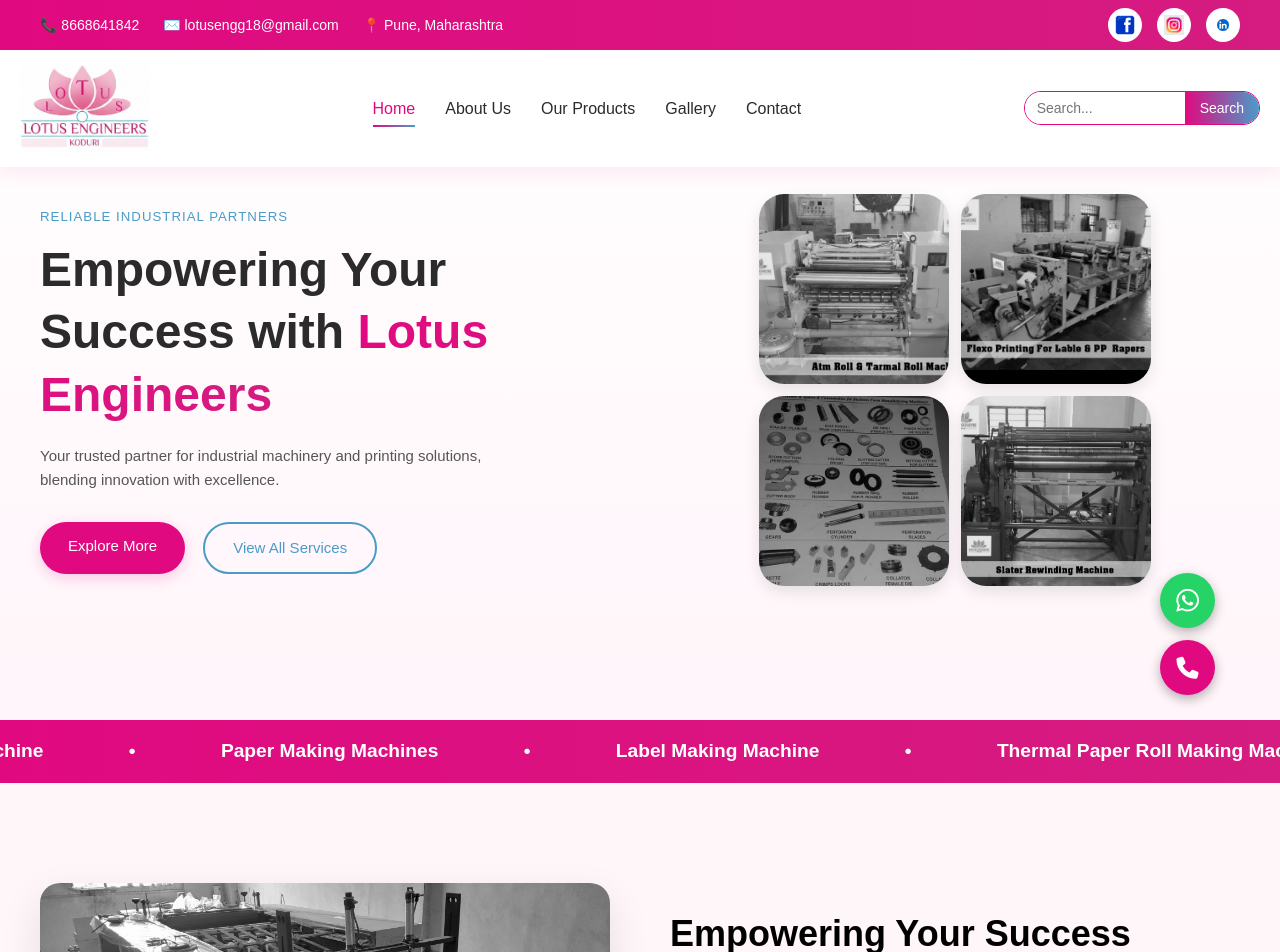
Repository: Khushichugh14/lotus-engineers
Page: index.html
An editor plug-in stored every save of this project. The page is shown before and after the next save, followed by the edit.
The browser window is 1280 px wide. The pictures show the part of the page from y = 0 to 952 px (the page is 4356 px tall).
A picture or video elsewhere on the page could not be fetched, so the positions and the page height are approximate.

Above is the page before, as saved 2025-12-24 11:33:49.

### index.html
<!DOCTYPE html>
<html lang="en">
<head>
  <meta charset="UTF-8" />
  <meta name="viewport" content="width=device-width, initial-scale=1.0" />
  <title>Lotus Engineers</title>
  <link rel="stylesheet" href="style.css" />
  <script src="script.js" defer></script>
  <!-- Font Awesome Icons -->
<link rel="stylesheet" href="navbar.css" />
<script src="navbar.js" defer></script>
  <link rel="stylesheet" href="footer.css" />
  <link
  rel="stylesheet"
  href="https://cdnjs.cloudflare.com/ajax/libs/font-awesome/6.5.1/css/all.min.css"
/>


</head>
<body>




  <!-- ===== Hero Section ===== -->
  <section id="home" class="hero">
    <div class="hero-container">
      <!-- Left Content -->
      <div class="hero-left">
        <h5>Reliable Industrial Partners</h5>
        <h1>Empowering Your Success with <span>Lotus Engineers</span></h1>
        <p>
          Your trusted partner for industrial machinery and printing solutions,
          blending innovation with excellence.
        </p>
        <div class="hero-buttons">
          <a href="#products" class="btn primary">Explore More</a>
          <a href="#about" class="btn secondary">View All Services</a>
        </div>
      </div>

      <!-- Right Image Grid -->
      <div class="hero-right">
        <div class="image-grid">
          <img src="images/atm-1.jpeg.jpg" alt="">
              <img src="images/flexo-label-printing-machine (1).jpg" alt="">
         <img src="images/WhatsApp Image 2025-11-14 at 11.52.01_70df9b95.jpg" alt="">
          <img src="images/slater-.jpeg.jpg" alt="">
        </div>

      </div>
    </div>
  </section>


<section class="product-strip">
  <div class="scrolling-wrapper">
    <div class="scrolling-content">
      <span>Cutting Machine</span>
      <span>•</span>
      <span>Printing Machine</span>
      <span>•</span>
      <span>Paper Making Machines</span>
      <span>•</span>
      <span>Label Making Machine</span>
      <span>•</span>
      <span>Thermal Paper Roll Making Machine</span>
      <span>•</span>
      <span>Flexographic Printing Machine</span>
      <span>•</span>
      <span>Slitter Rewinder Machine</span>
      <span>•</span>
      <span>Die Cutting Machine</span>
      <span>•</span>
      <span>Sheet Cutting Machine</span>
      <span>•</span>
      <span>Packaging Label Machine</span>
      <span>•</span>
      <span>Automatic Labeling Machine</span>
      <span>•</span>
      <span>Paper Cutting Machine</span>
      <span>•</span>
    </div>
  </div>
</section>

  <!-- ===== About Us Section ===== -->
<section id="about" class="about">
  <div class="about-container">
    <!-- LEFT SIDE IMAGES -->
    <div class="about-left">
      <div class="img-top">
        <img src="images/product-jpeg (1).jpg"alt="Team Discussion" />
      </div>
      <div class="img-bottom">
        <img src="images/rotary-die-cutting-machine.jpg" alt="Business Meeting" />
      </div>
    </div>

    <!-- RIGHT SIDE CONTENT -->
    <div class="about-right">
      <h2>Empowering Your Success<br /><span>with Digital Expertise</span></h2>
      <p>
        Established in <strong>2017</strong>, <strong>Lotus Engineers</strong> is a trusted manufacturer and supplier of
        <strong>A4 Size Copier Paper</strong>, <strong>Paper Cutting Machines</strong>, and
        <strong>Thermal Paper Rolls</strong>. Based in Pune, Maharashtra, we focus on
        innovation, quality, and long-term customer partnerships to deliver excellence in
        every product.
      </p>

      <div class="progress-section">
        <div class="progress-item">
          <div class="label">
            <strong>Manufacturing Excellence</strong> <span>85%</span>
          </div>
          <div class="progress-bar">
            <div class="progress" style="width: 85%"></div>
          </div>
        </div>

        <div class="progress-item">
          <div class="label">
            <strong>Innovation & Quality</strong> <span>90%</span>
          </div>
          <div class="progress-bar">
            <div class="progress" style="width: 90%"></div>
          </div>
        </div>

        <div class="progress-item">
          <div class="label">
            <strong>Customer Satisfaction</strong> <span>95%</span>
          </div>
          <div class="progress-bar">
            <div class="progress" style="width: 95%"></div>
          </div>
        </div>
      </div>
      <a href="#about-us" class="btn-about">About Us →</a>
    </div>
  </div>
</section>

  <!-- ===== Why Choose Us Section ===== -->
  <section id="why-us" class="why-choose-us">
    <div class="wcu-container">
      <div class="wcu-left">
        <div class="finix-text">
          <h6>Transparent process</h6>
          <h2>Why people choose us</h2>
          <p>We follow a clear end‑to‑end process: consult, design, manufacture, install, and support. Timelines are shared upfront, quality is documented, and communication stays transparent at every step.</p>
          <div class="wcu-media">
            <img src="https://raw.githubusercontent.com/farazc60/Project-Images/main/why_choose_us.png" alt="Why choose us image">
          </div>
        </div>
      </div>
      <div class="wcu-right">
        <div class="wcu-features">
          <div class="feature-box">
            <div class="feature-box-content">
              <div class="fbc-btn"><span>✓</span></div>
              <h3>Quality Assurance</h3>
              <p>ISO-aligned checks, component testing, and trial runs ensure dependable performance.</p>
            </div>
          </div>
          <div class="feature-box">
            <div class="feature-box-content">
              <div class="fbc-btn"><span>⏱</span></div>
              <h3>On-time Delivery</h3>
              <p>Committed schedules backed by planned production and reliable logistics.</p>
            </div>
          </div>
          <div class="feature-box">
            <div class="feature-box-content">
              <div class="fbc-btn"><span>🛠</span></div>
              <h3>PAN‑India Service</h3>
              <p>Installation, training, and responsive after‑sales support across India.</p>
            </div>
          </div>
          <div class="feature-box active-feature">
            <div class="feature-box-content">
              <div class="fbc-btn"><span>₹</span></div>
              <h3>Transparent Pricing</h3>
              <p>Fair quotations with no hidden costs and clear total‑cost ownership.</p>
            </div>
          </div>
        </div>
      </div>
    </div>
  </section>

  <!-- ===== Products Section ===== -->
  <section id="products" class="products">
    <div class="products-head">
      <h2>Our Products</h2>
      <p>Precision-built machinery for modern manufacturing.</p>
    </div>
    <div class="product-grid premium">
      <div class="product-card glass">
        <div class="pc-img">
          <img src="images/rotary-die-cutting-machine.jpg" alt="Rotary Die Cutting Machine" />
          <span class="pc-tag">Cutting</span>
        </div>
        <div class="pc-body">
          <h3>Rotary Die Cutting</h3>
          <p>High precision, robust build, efficient throughput.</p>
        </div>
      </div>
      <div class="product-card glass">
        <div class="pc-img">
          <img src="images/paper-cutting-machine.jpeg.jpg" alt="Paper Sheet Cutting Machine" />
          <span class="pc-tag">Cutting</span>
        </div>
        <div class="pc-body">
          <h3>Paper Sheet Cutting</h3>
          <p>Reliable, fast, and safety compliant for industry.</p>
        </div>
      </div>
      <div class="product-card glass">
        <div class="pc-img">
          <img src="images/paper-slitting-machine-250x250.webp" alt="Paper Slitting Machine" />
          <span class="pc-tag">Slitting</span>
        </div>
        <div class="pc-body">
          <h3>Paper Slitting</h3>
          <p>Precision slitting with low maintenance design.</p>
        </div>
      </div>
      <div class="product-card glass">
        <div class="pc-img">
          <img src="images/flexo-label-printing-machine.jpg" alt="Flexographic Printing Machine" />
          <span class="pc-tag">Printing</span>
        </div>
        <div class="pc-body">
          <h3>Flexographic Printing</h3>
          <p>High-speed printing with consistent quality output.</p>
        </div>
      </div>
    </div>
    <div class="products-foot">
      <a href="products.html" class="btn primary">View All Products</a>
    </div>


  </section>








  <!-- ===== Testimonials Section ===== -->
  <section id="testimonials" class="testimonials">
    <h2>What Our Clients Say</h2>

    <div class="testimonial-box">

      <!-- Testimonial 1 -->
      <div class="info t1">
        <p>"Lotus Engineers provided excellent quality and timely service. Highly recommended!
          Lotus Engineers provided excellent quality and timely service. Highly recommended! "</p>
        <h4>— Ramesh Industries</h4>
        <div class="bottom-line"></div>
      </div>

      <!-- Testimonial 2 -->
      <div class="info t2">
        <p>"Their machines are durable and efficient. We’ve been long-term customers."</p>
        <h4>— Global Print Solutions</h4>
        <div class="bottom-line"></div>
      </div>

      <!-- Testimonial 3 -->
      <div class="info t3">
        <p>"Exceptional customer service and reliable machinery!"</p>
        <h4>— Sai Packaging Pvt. Ltd.</h4>
        <div class="bottom-line"></div>
      </div>

    </div>
  </section>




  <!-- Footer removed. Loaded dynamically from footer.html via navbar.js -->

<!-- ==========================
     Floating WhatsApp & Call Buttons
========================== -->
<section id="floating-buttons" style="
  position: fixed;
  bottom: 25px;
  right: 25px;
  display: flex;
  flex-direction: column;
  gap: 12px;
  z-index: 9999;
">

  <!-- WhatsApp -->
  <a href="https://wa.me/7720060073" target="_blank"
     style="
      background:#25D366;
      width:55px;
      height:55px;
      border-radius:50%;
      display:flex;
      align-items:center;
      justify-content:center;
      box-shadow:0 4px 12px rgba(0,0,0,.3);
      color:white;
      font-size:26px;
     "
     title="Chat on WhatsApp">
    <i class="fa-brands fa-whatsapp"></i>
  </a>

  <!-- Call -->
  <a href="tel:9850110532"
     style="
      background:#e10980;
      width:55px;
      height:55px;
      border-radius:50%;
      display:flex;
      align-items:center;
      justify-content:center;
      box-shadow:0 4px 12px rgba(0,0,0,.3);
      color:white;
      font-size:22px;
     "
     title="Call Now">
    <i class="fa-solid fa-phone"></i>
  </a>

</section>



</body>
</html>

### navbar.css
/* ===== TOP BAR RESPONSIVE ===== */
@media (max-width: 768px) {
  .top-bar {
    flex-direction: column;
    gap: 6px;
    padding: 8px 16px;
    font-size: 12px;
    text-align: center;
  }

  .contact-info span {
    margin-right: 8px;
    display: inline-block;
  }
}

/* ===== NAVBAR ===== */
@media (max-width: 1024px) {
  .search-box {
    display: none;
  }
}

@media (max-width: 768px) {
  .nav-container {
    padding: 12px 16px;
  }

  .logo img {
    width: 110px;
  }

  .nav-links {
    right: 16px;
    width: 220px;
  }
}

/* ========================== TOP BAR ========================== */
.top-bar {
  background: linear-gradient(90deg, #e10980, #d51c80);
  color: #fff;
  display: flex;
  justify-content: space-between;
  align-items: center;
  padding: 8px 40px;
  font-size: 14px;
}

.contact-info span {
  margin-right: 20px;
  display: inline-flex;
  align-items: center;
}

/* ========================== SOCIAL ICONS ========================== */
.social-icons {
  display: flex;
  align-items: center;
  gap: 15px;
}

.social-icons a {
  display: inline-flex;
  align-items: center;
  justify-content: center;
  width: 34px;
  height: 34px;
  border-radius: 50%;
  background: #fff;
  overflow: hidden;
  transition: transform 0.3s ease, box-shadow 0.3s ease;
}

.social-icons a:hover {
  transform: translateY(-3px);
  box-shadow: 0 4px 10px rgba(225, 9, 128, 0.3);
}

.social-icons img {
  width: 20px;
  height: 20px;
  object-fit: contain;
  transition: transform 0.3s ease;
}
.social-icons a:hover img {
  transform: scale(1.08);
}

/* ========================== NAVBAR ========================== */
.navbar {
  position: fixed;
  top: 0;
  width: 100%;
  background: rgba(255, 255, 255, 0.95);
  backdrop-filter: blur(10px);
  z-index: 999;
  box-shadow: 0 4px 20px rgba(225, 9, 128, 0.1);
  transition: all 0.3s ease;
}

.nav-container {
  display: flex;
  align-items: center;
  justify-content: space-between;
  padding: 15px 20px;
  max-width: 1300px;
  margin: auto;
}

.logo img {
  width: 130px;
  transition: transform 0.3s ease;
}

.logo img:hover {
  transform: scale(1.05);
}

.nav-links {
  display: flex;
  gap: 30px;
  align-items: center;
}

.nav-links a {
  color: #2b2b2b;
  font-weight: 500;
  position: relative;
  transition: color 0.3s ease;
  text-decoration: none;
}

.nav-links a::after {
  content: "";
  position: absolute;
  bottom: -6px;
  left: 0;
  width: 0%;
  height: 2px;
  background: linear-gradient(90deg, #e10980, #499cc8);
  transition: width 0.3s ease;
}

.nav-links a:hover::after,
.nav-links a.active::after {
  width: 100%;
}

.nav-links a:hover,
.nav-links a.active {
  color: #e10980;
}

/* ====== Search Box ====== */
.search-box {
  display: flex;
  align-items: center;
  border: 1.5px solid #e10980;
  border-radius: 25px;
  overflow: hidden;
  transition: 0.3s ease;
}

.search-box input {
  padding: 8px 12px;
  border: none;
  outline: none;
  font-size: 14px;
  width: 160px;
  transition: width .25s ease;
}

.search-box:focus-within input {
  width: 320px;
}

.search-box button {
  background: linear-gradient(90deg, #e10980, #499cc8);
  color: #fff;
  border: none;
  padding: 8px 15px;
  font-size: 14px;
  cursor: pointer;
  transition: opacity 0.3s ease;
}

.search-box button:hover {
  opacity: 0.85;
}

/* ====== Mobile Menu ====== */
.menu-toggle {
  display: none;
  color: #e10980;
  font-size: 26px;
  cursor: pointer;
}

@media (max-width: 1024px) {
  .nav-links {
    display: none;
    flex-direction: column;
    background: #fff;
    position: absolute;
    top: 100%;
    right: 30px;
    width: 240px;
    border-radius: 10px;
    box-shadow: 0 8px 20px rgba(0, 0, 0, 0.1);
    padding: 15px;
  }

  .nav-links.active {
    display: flex;
  }

  .menu-toggle {
    display: block;
  }

  .search-box {
    display: none;
  }
}

/* ==========================
   RESPONSIVE – NAVBAR
========================== */

@media (max-width: 1024px) {
  .search-box {
    display: none;
  }
}

@media (max-width: 768px) {
  .top-bar {
    flex-direction: column;
    gap: 6px;
    padding: 8px 16px;
    text-align: center;
    font-size: 12px;
  }

  .nav-container {
    padding: 12px 16px;
  }

  .logo img {
    width: 110px;
  }

  .nav-links {
    right: 16px;
    width: 220px;
  }
}

/* ==========================
   MOBILE MENU FIX (POSITIONING)
========================== */

@media (max-width: 768px) {
  .nav-links {
    position: fixed;
    top: 140px;
    left: 50%;
    transform: translateX(-50%);
    width: 90%;
    background: #ffffff;
    border-radius: 18px;
    padding: 20px 0;
    box-shadow: 0 20px 50px rgba(0,0,0,0.15);
    z-index: 1000;
  }

  .nav-links a {
    padding: 14px 0;
    width: 100%;
    text-align: center;
    font-size: 16px;
  }
}

/* ==========================
   FINAL MOBILE VISIBILITY FIX
   (MOST IMPORTANT)
========================== */

@media (max-width: 768px) {
  .nav-links {
    display: none;              /* ✅ hidden by default */
  }

  .nav-links.active {
    display: flex;              /* ✅ visible only on toggle */
  }
}

/* ==========================
   FINAL HARD FIX – MOBILE MENU
========================== */

@media (max-width: 768px) {

  /* Completely remove menu from layout when closed */
  .nav-links {
    display: none !important;
    opacity: 0;
    pointer-events: none;
  }

  /* Show menu ONLY when active */
  .nav-links.active {
    display: flex !important;
    opacity: 1;
    pointer-events: auto;
  }
}

### footer.css
/* ========================== FOOTER REDESIGN ========================== */
.footer {
  background: linear-gradient(135deg, #c7d2fe 0%, #fbcfe8 100%);
  padding: 80px 20px 40px;
  font-family: "Poppins", sans-serif;
  color: #333;
  position: relative;
  overflow: hidden;
}

.footer-container {
  max-width: 1200px;
  margin: 0 auto;
  display: grid;
  grid-template-columns: repeat(3, 1fr);
  gap: 30px;
  background: rgba(255, 255, 255, 0.4);
  backdrop-filter: blur(15px);
  padding: 40px;
  border-radius: 40px;
  border: 1px solid rgba(255, 255, 255, 0.6);
  box-shadow: 0 15px 35px rgba(0, 0, 0, 0.05);
  position: relative;
  z-index: 2;
}

/* Footer Cards */
.footer-card {
  background: #ffffff;
  padding: 30px;
  border-radius: 25px;
  box-shadow: 0 8px 20px rgba(0, 0, 0, 0.04);
  display: flex;
  flex-direction: column;
}

/* About Card */
.footer-logo-container {
  margin-bottom: 20px;
}

.footer-logo-container img {
  max-height: 60px;
  border-radius: 8px;
}

.footer-about p {
  font-size: 14px;
  line-height: 1.6;
  color: #555;
  margin-bottom: 20px;
}

.footer-social {
  display: flex;
  gap: 12px;
  margin-top: auto;
}

.footer-social a {
  width: 40px;
  height: 40px;
  background: #e10980;
  color: #fff;
  border-radius: 50%;
  display: flex;
  align-items: center;
  justify-content: center;
  font-size: 16px;
  transition: transform 0.3s ease, background 0.3s ease;
  text-decoration: none;
}

.footer-social a:hover {
  transform: translateY(-3px);
  background: #c1076d;
}

/* Quick Links Card */
.footer-links h4 {
  color: #e10980;
  font-size: 18px;
  font-weight: 700;
  margin-bottom: 20px;
  position: relative;
}

.footer-links ul {
  list-style: none;
  padding: 0;
}

.footer-links li {
  margin-bottom: 12px;
}

.footer-links a {
  color: #555;
  text-decoration: none;
  font-size: 15px;
  transition: color 0.3s ease;
}

.footer-links a:hover {
  color: #e10980;
}

/* Contact Card */
.footer-contact h4 {
  color: #e10980;
  font-size: 18px;
  font-weight: 700;
  margin-bottom: 20px;
}

.footer-contact p {
  font-size: 14px;
  line-height: 1.6;
  color: #555;
  margin-bottom: 15px;
}

.footer-contact a {
  color: #0ea5e9;
  text-decoration: none;
}

.footer-contact a:hover {
  text-decoration: underline;
}

/* Footer Bottom */
.footer-bottom {
  text-align: center;
  margin-top: 50px;
  padding-top: 20px;
  border-top: 1px solid rgba(225, 9, 128, 0.2);
  font-size: 13px;
  color: #555;
}

.footer-bottom .dev-name {
  color: #e10980;
  font-weight: 600;
}

/* Responsive */
@media (max-width: 1024px) {
  .footer-container {
    grid-template-columns: repeat(2, 1fr);
  }
}

@media (max-width: 768px) {
  .footer {
    padding: 60px 15px 30px;
  }
  .footer-container {
    grid-template-columns: 1fr;
    padding: 25px;
    border-radius: 30px;
    gap: 20px;
  }
  .footer-card {
    padding: 20px;
  }
}

/* ==========================
   RESPONSIVE – FOOTER
========================== */

@media (max-width: 1024px) {
  .footer-container {
    grid-template-columns: repeat(2, 1fr);
  }
}

@media (max-width: 768px) {
  .footer-container {
    grid-template-columns: 1fr;
    text-align: center;
  }

  .footer-social {
    justify-content: center;
  }
}

### navbar.html
<!-- ===================== NAVBAR COMPONENT ===================== -->
<header class="navbar">
  <!-- ===== Top Bar ===== -->
  <div class="top-bar">
    <div class="contact-info">
      <span>📞 8668641842</span>
      <span>✉️ lotusengg18@gmail.com</span>
      <span>📍 Pune, Maharashtra</span>
    </div>

    <div class="social-icons">
      <a href="https://www.facebook.com/" target="_blank">
        <img src="images/facebook.png" alt="Facebook" />
      </a>
      <a href="https://www.instagram.com/" target="_blank">
        <img src="images/insta.avif" alt="Instagram" />
      </a>
      <a href="https://www.linkedin.com/" target="_blank">
        <img src="images/linkedin.webp" alt="LinkedIn" />
      </a>
    </div>
  </div>

  <!-- ===== Main Navbar ===== -->
  <div class="nav-container">
    <div class="logo">
      <img src="icons/logo.jpg" alt="Lotus Engineers Logo" />
    </div>

    <nav class="nav-links hidden" id="nav-links">
      <a href="index.html" class="nav-links">Home</a>
      <a href="about.html" class="nav-links">About Us</a>
      <a href="products.html" class="nav-links">Our Products</a>
      <a href="gallery.html" class="nav-links">Gallery</a>
      <a href="contact.html" class="nav-links">Contact</a>
    </nav>

    <div class="search-box">
      <input type="text" placeholder="Search..." />
      <button>Search</button>
    </div>

    <div class="menu-toggle" id="menu-toggle">&#9776;</div>
  </div>
</header>

### footer.html
<!-- footer.html -->
<footer class="footer">
  <div class="footer-container">
    <!-- About Card -->
    <div class="footer-card footer-about">
      <div class="footer-logo-container">
        <img src="icons/logo.jpg" alt="Lotus Engineers Logo" />
      </div>
      <p>
        <strong>Lotus Engineers</strong> — Manufacturer and Supplier of high-quality
        cutting and printing machinery, based in Pune, Maharashtra.
      </p>
      <div class="footer-social">
        <a href="#" target="_blank"><i class="fa-brands fa-facebook-f"></i></a>
        <a href="#" target="_blank"><i class="fa-brands fa-instagram"></i></a>
        <a href="#" target="_blank"><i class="fa-brands fa-linkedin-in"></i></a>
      </div>
    </div>

    <!-- Links Card -->
    <div class="footer-card footer-links">
      <h4>Quick Links</h4>
      <ul>
        <li><a href="#home">Home</a></li>
        <li><a href="#about">About</a></li>
        <li><a href="#products">Products</a></li>
        <li><a href="#contact">Contact</a></li>
      </ul>
    </div>

    <!-- Contact Card -->
    <div class="footer-card footer-contact">
      <h4>Contact Us</h4>
      <div class="contact-info">
        <p>Lotus Engineers Survey No. 30/27, Milkat No. 5/558, Dambar Plant Road, Dhayri Pune - 411041, Maharashtra, India</p>
        <p><strong>Call:</strong><br />
          <a href="tel:8688005711">8688005711</a><br />
          <a href="tel:9823386085">9823386085</a>
        </p>
        <p><strong>Email:</strong> <a href="mailto:info@lotusengineers.in">info@lotusengineers.in</a></p>
      </div>
    </div>
  </div>

  <div class="footer-bottom">
    <p>Developed by <span class="dev-name">DWI</span> © 2025 <strong>Lotus Engineers</strong>. All Rights Reserved.</p>
  </div>
</footer>

Loaded but not shown: navbar.js (76 lines, source omitted); script.js (26 lines, source omitted); style.css (1038 lines, source omitted)

After the next save:
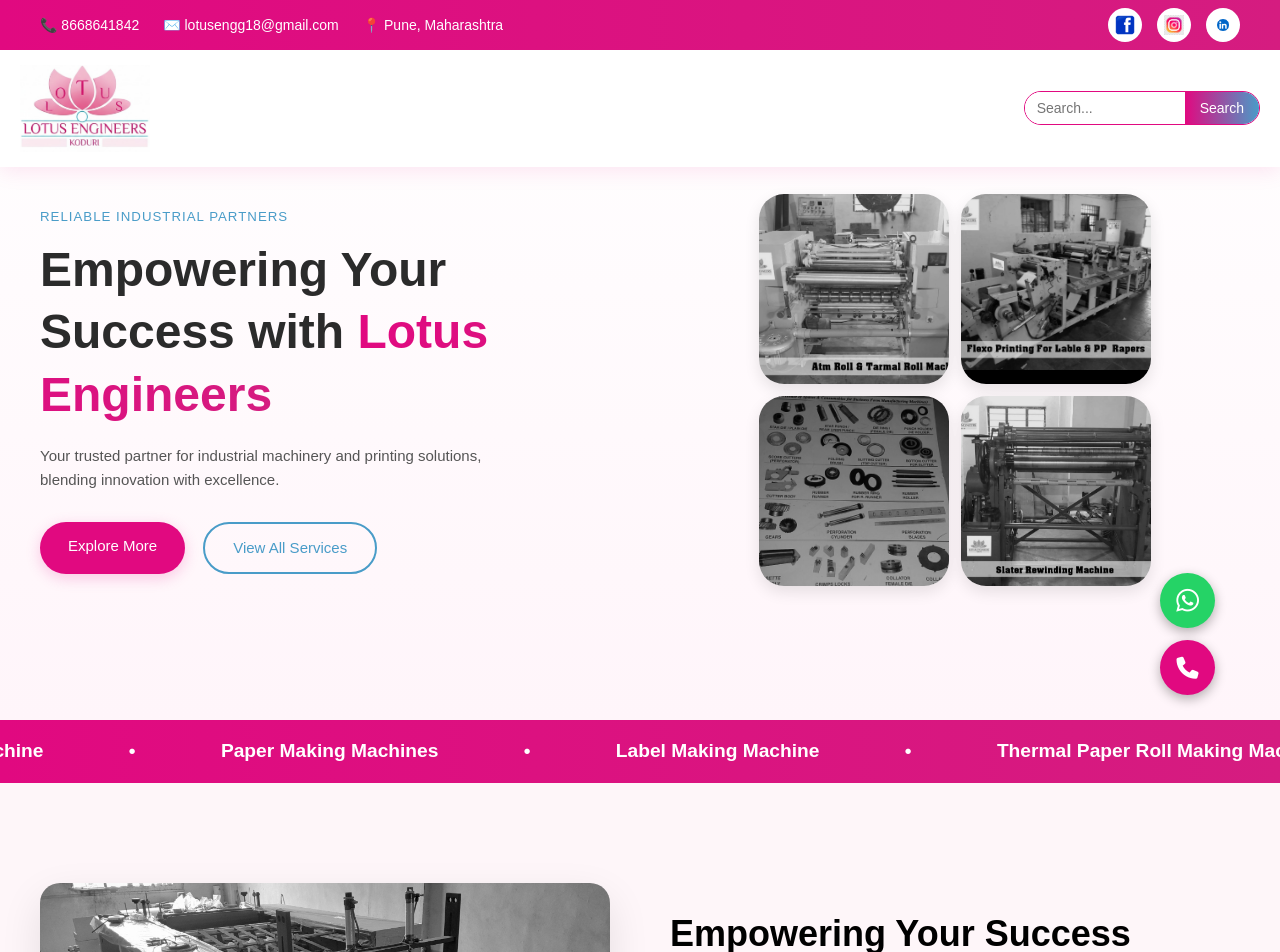
Saved 9 s later.
--- a/navbar.css
+++ b/navbar.css
@@ -318,3 +318,18 @@
     pointer-events: auto;
   }
 }
+/* ==========================
+   HARD STOP: HIDE MENU BY DEFAULT
+========================== */
+
+.nav-links.hidden {
+  display: none !important;
+  opacity: 0;
+  pointer-events: none;
+}
+
+.nav-links.active {
+  display: flex !important;
+  opacity: 1;
+  pointer-events: auto;
+}
